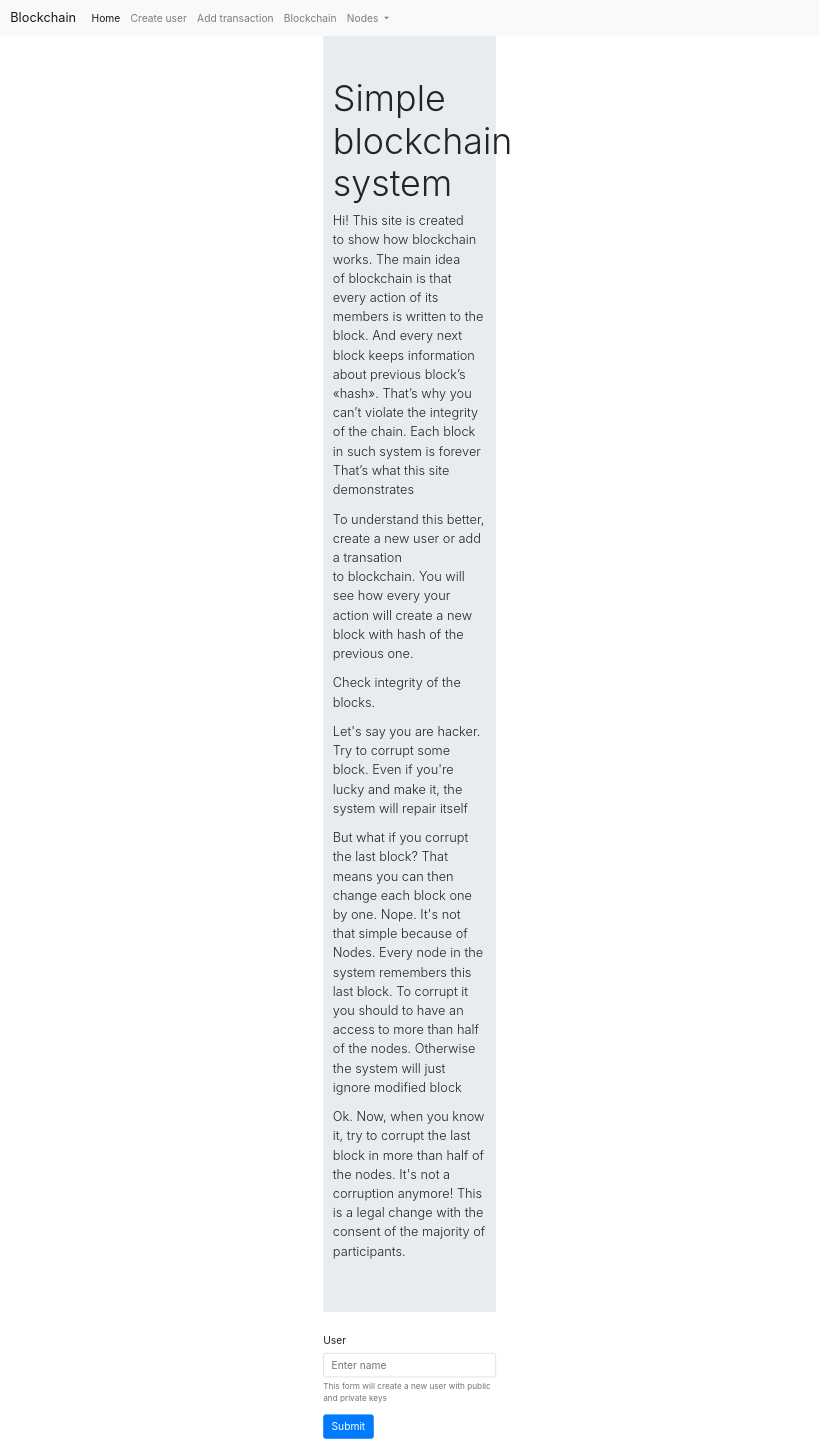
Repository: ivan151/blockchain
Page: http://localhost/
An editor plug-in stored every save of this project. The page is shown before and after the next save, followed by the edit.
The browser window is 1280 px wide. The pictures show the whole page, at 64% of full size.
The page is served by the project's application, run on Flask 3 (main.py).

Above is the page before, as saved 2020-04-25 17:56:01.

After the next save:
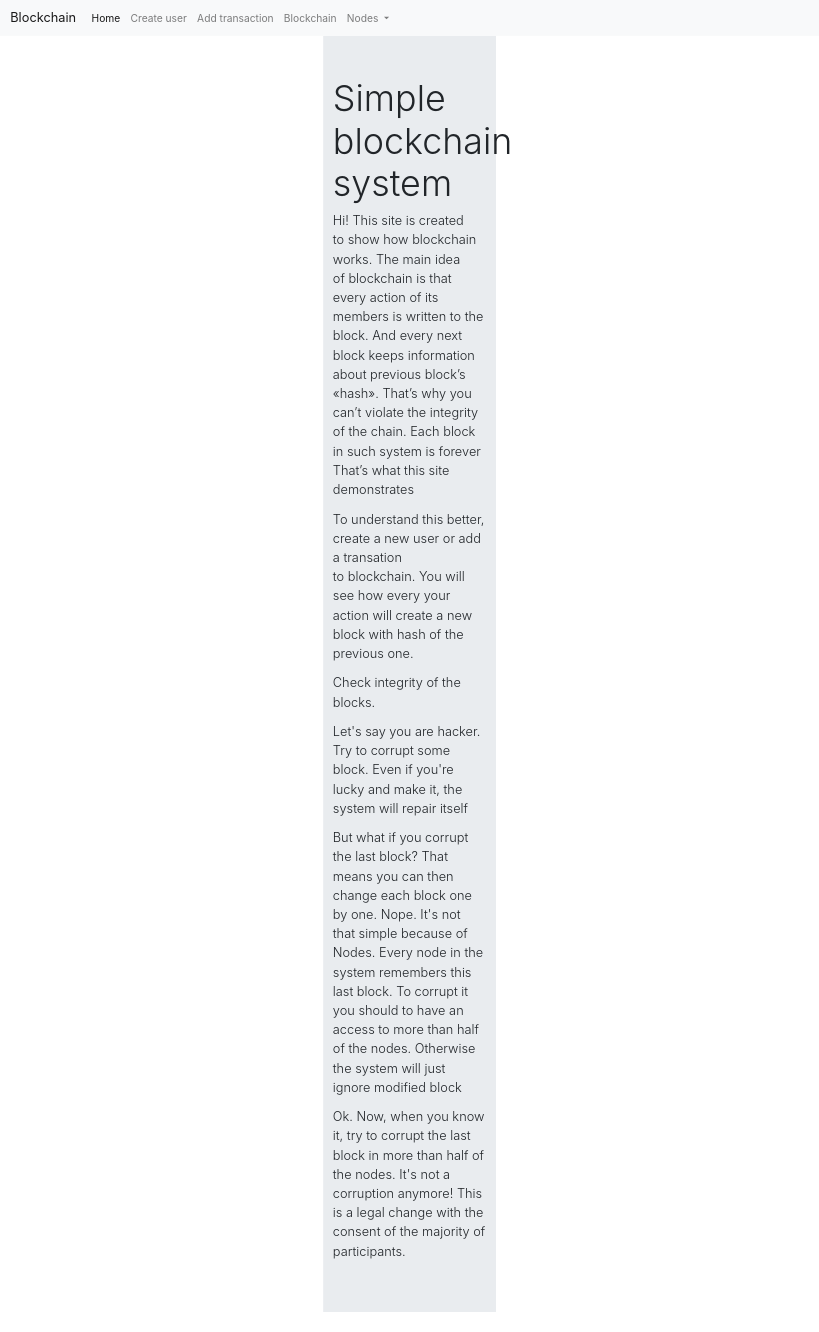
Saved 19 s later.
--- a/templates/index.html
+++ b/templates/index.html
@@ -18,14 +18,4 @@
                 <p class="lead">Ok. Now, when you know it, try to corrupt the last block in more than half of the nodes. It's not a corruption anymore! This is a legal change with the consent of the majority of participants.    </p>
         </div>
     </div>
-    <form action="{{ url_for('index') }}" method="POST">
-        <div class="form-group">
-            <label for="exampleInputEmail1">User</label>
-            <input type="text" class="form-control" id="lender" aria-describedby="emailHelp" placeholder="Enter name"
-                name="name">
-            <small id="emailHelp" class="form-text text-muted">This form will create a new user with public and private
-                keys</small>
-        </div>
-        <button type="submit" class="btn btn-primary">Submit</button>
-    </form>
     {% endblock %}
